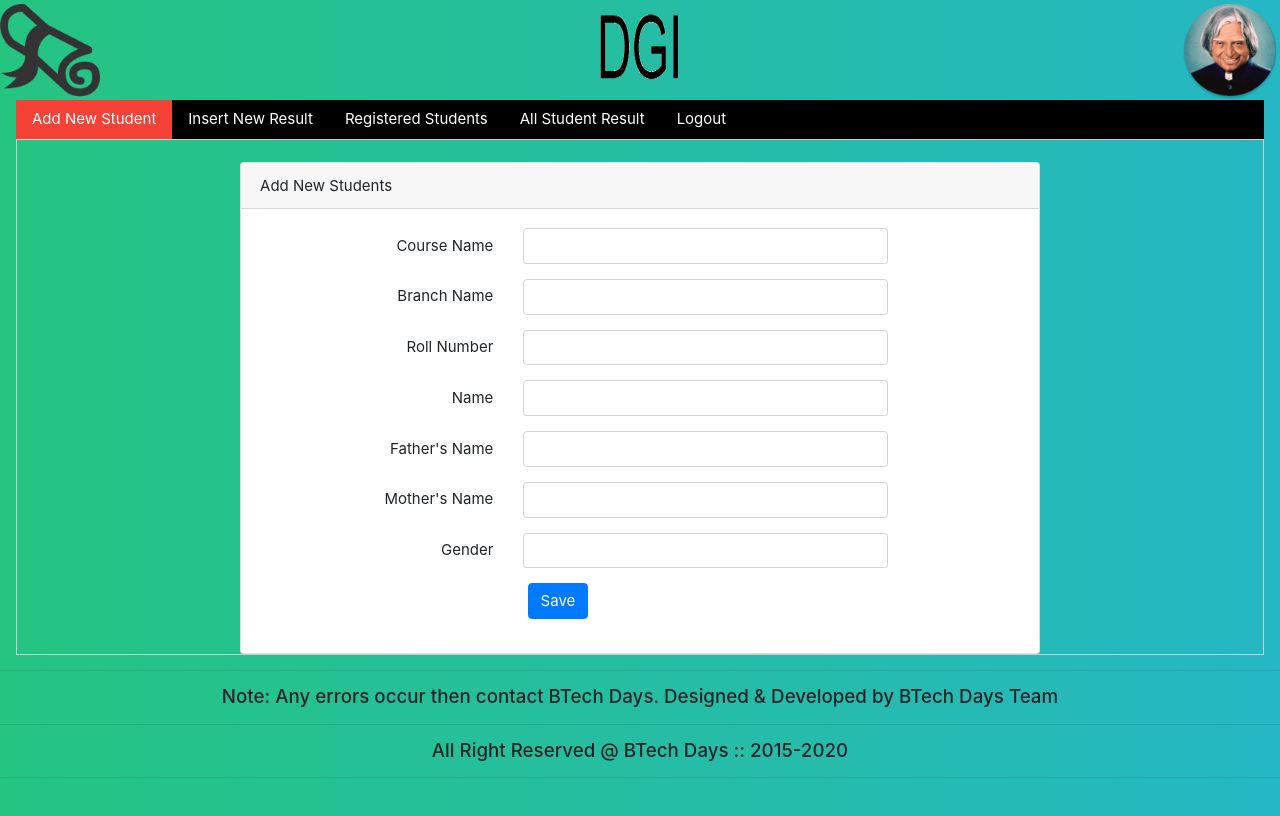
Repository: AlkaDas991/Dbms
Page: http://localhost/Student_Record_Management/adminHome.jsp
An editor plug-in stored every save of this project. The page is shown before and after the next save, followed by the edit.
The browser window is 1280 px wide. The pictures show the whole page.
Some web fonts or font styles are not loaded; a fallback is used. Some web libraries are served in a nearby version. The page is served by Tomcat 9. Other server files are loaded and not shown. Queries for data that is not in the repository find no rows.

Above is the page before, as saved 2021-03-10 02:06:24.
Console error: TypeError: Cannot read properties of undefined (reading 'fn')

### Student Record Management/WebContent/adminHome.jsp
<%@include file="header.html"%>
<!DOCTYPE html>
<html>
<title>DGI</title>
<body>
<img src="logo.png"  align="left"width="100" height="100">
<center><img src="dgi.png" width="100" height="100">
<img src="apj sir.png" align="right"  width="100" height="100"></center>
<div class="w3-container">
  <div class="w3-bar w3-black">
    <button class="w3-bar-item w3-button tablink w3-red" onclick="openCity(event,'London')">Add New Student</button>
    <button class="w3-bar-item w3-button tablink" onclick="openCity(event,'Paris')">Insert New Result</button>
    <button class="w3-bar-item w3-button tablink" onclick="openCity(event,'Tokyo')">Registered Students</button>
     <button class="w3-bar-item w3-button tablink" onclick="openCity(event,'Tokyo1')">All Student Result</button>
     <a href="adminLogin.html" class="w3-bar-item w3-button tablink">Logout</a>
  </div>

  <div id="London" class="w3-container w3-border city">
  <br>
   <link href="//maxcdn.bootstrapcdn.com/bootstrap/4.1.1/css/bootstrap.min.css" rel="stylesheet" id="bootstrap-css">
<script src="//maxcdn.bootstrapcdn.com/bootstrap/4.1.1/js/bootstrap.min.js"></script>
<script src="//cdnjs.cloudflare.com/ajax/libs/jquery/3.2.1/jquery.min.js"></script>
<!------ Include the above in your HEAD tag ---------->

<!doctype html>
<html lang="en">
<head>
    <!-- Required meta tags -->
    <meta charset="utf-8">
    <meta name="viewport" content="width=device-width, initial-scale=1, shrink-to-fit=no">

    <!-- Fonts -->
    <link rel="dns-prefetch" href="https://fonts.gstatic.com">
    <link href="https://fonts.googleapis.com/css?family=Raleway:300,400,600" rel="stylesheet" type="text/css">



    <link rel="icon" href="Favicon.png">

    <!-- Bootstrap CSS -->
    <link rel="stylesheet" href="https://stackpath.bootstrapcdn.com/bootstrap/4.1.3/css/bootstrap.min.css">
</head>
<body>
<main class="my-form">
    <div class="cotainer">
        <div class="row justify-content-center">
            <div class="col-md-8">
                    <div class="card">
                        <div class="card-header">Add New Students</div>
                        <div class="card-body">
                            <form name="my-form" onsubmit="return validform()" action="addNewStudent.jsp" method="post">
                                <div class="form-group row">
                                    <label for="full_name" class="col-md-4 col-form-label text-md-right">Course Name</label>
                                    <div class="col-md-6">
                                        <input type="text"  class="form-control" name="course">
                                    </div>
                                </div>

                                <div class="form-group row">
                                    <label for="email_address" class="col-md-4 col-form-label text-md-right">Branch Name</label>
                                    <div class="col-md-6">
                                        <input type="text"  class="form-control" name="branch">
                                    </div>
                                </div>

                                <div class="form-group row">
                                    <label for="user_name" class="col-md-4 col-form-label text-md-right">Roll Number</label>
                                    <div class="col-md-6">
                                        <input type="text" class="form-control" name="rollNo">
                                    </div>
                                </div>

                                <div class="form-group row">
                                    <label for="phone_number" class="col-md-4 col-form-label text-md-right">Name</label>
                                    <div class="col-md-6">
                                        <input type="text"  class="form-control" name="name">
                                    </div>
                                </div>

                                <div class="form-group row">
                                    <label for="present_address" class="col-md-4 col-form-label text-md-right">Father's Name</label>
                                    <div class="col-md-6">
                                        <input type="text"  class="form-control" name="fatherName">
                                    </div>
                                </div>

                                <div class="form-group row">
                                    <label for="present_address" class="col-md-4 col-form-label text-md-right">Mother's Name</label>
                                    <div class="col-md-6">
                                        <input type="text"  class="form-control" name="motherName">
                                    </div>
                                </div>

                                <div class="form-group row">
                                    <label for="permanent_address" class="col-md-4 col-form-label text-md-right">Gender</label>
                                    <div class="col-md-6">
                                        <input type="text" class="form-control" name="gender">
                                    </div>
                                </div>

                                    <div class="col-md-6 offset-md-4">
                                        <button type="submit" class="btn btn-primary">
                                        Save
                                        </button>
                                    </div>
                                </div>
                            </form>
                        </div>
                    </div>
            </div>
        </div>
    </div>
</main>

<script src="https://code.jquery.com/jquery-3.3.1.slim.min.js"></script>
<script src="https://cdnjs.cloudflare.com/ajax/libs/popper.js/1.14.3/umd/popper.min.js"></script>
<script src="https://stackpath.bootstrapcdn.com/bootstrap/4.1.3/js/bootstrap.min.js"></script>
</body>
  </div>

  <div id="Paris" class="w3-container w3-border city" style="display:none">
  <br>
  <link href="//maxcdn.bootstrapcdn.com/bootstrap/4.1.1/css/bootstrap.min.css" rel="stylesheet" id="bootstrap-css">
<script src="//maxcdn.bootstrapcdn.com/bootstrap/4.1.1/js/bootstrap.min.js"></script>
<script src="//cdnjs.cloudflare.com/ajax/libs/jquery/3.2.1/jquery.min.js"></script>
<!------ Include the above in your HEAD tag ---------->

<!doctype html>
<html lang="en">
<head>
    <!-- Required meta tags -->
    <meta charset="utf-8">
    <meta name="viewport" content="width=device-width, initial-scale=1, shrink-to-fit=no">

    <!-- Fonts -->
    <link rel="dns-prefetch" href="https://fonts.gstatic.com">
    <link href="https://fonts.googleapis.com/css?family=Raleway:300,400,600" rel="stylesheet" type="text/css">



    <link rel="icon" href="Favicon.png">

    <!-- Bootstrap CSS -->
    <link rel="stylesheet" href="https://stackpath.bootstrapcdn.com/bootstrap/4.1.3/css/bootstrap.min.css">

</head>
<body>



<main class="my-form">
    <div class="cotainer">
        <div class="row justify-content-center">
            <div class="col-md-8">
                    <div class="card">
                        <div class="card-header">Insert New Result</div>
                        <div class="card-body">
                            <form name="my-form" onsubmit="return validform()" action="insertNewResult.jsp" method="">
                                <div class="form-group row">
                                    <label for="full_name" class="col-md-4 col-form-label text-md-right">Roll Number</label>
                                    <div class="col-md-6">
                                        <input type="text"class="form-control" name="rollNo">
                                    </div>
                                </div>

                                <div class="form-group row">
                                    <label for="email_address" class="col-md-4 col-form-label text-md-right">DAA</label>
                                    <div class="col-md-6">
                                        <input type="text"  class="form-control" name="DAA">
                                    </div>
                                </div>

                                <div class="form-group row">
                                    <label for="user_name" class="col-md-4 col-form-label text-md-right">DBMS</label>
                                    <div class="col-md-6">
                                        <input type="text"  class="form-control" name="DBMS">
                                    </div>
                                </div>

                                <div class="form-group row">
                                    <label for="phone_number" class="col-md-4 col-form-label text-md-right">COA</label>
                                    <div class="col-md-6">
                                        <input type="text"  class="form-control" name="COA">
                                    </div>
                                </div>

                                <div class="form-group row">
                                    <label for="present_address" class="col-md-4 col-form-label text-md-right">Discrete Maths</label>
                                    <div class="col-md-6">
                                        <input type="text"  class="form-control" name="DM">
                                    </div>
                                </div>

                                <div class="form-group row">
                                    <label for="permanent_address" class="col-md-4 col-form-label text-md-right">AMC</label>
                                    <div class="col-md-6">
                                        <input type="text"  class="form-control" name="AMC">
                                    </div>
                                </div>

                                 <div class="form-group row">
                                    <label for="permanent_address" class="col-md-4 col-form-label text-md-right">Communication Skills</label>
                                    <div class="col-md-6">
                                        <input type="text"  class="form-control" name="CS">
                                    </div>
                                </div>


                                    <div class="col-md-6 offset-md-4">
                                        <button type="submit" class="btn btn-primary">
                                       Save
                                        </button>
                                    </div>
                                </div>
                            </form>
                        </div>
                    </div>
            </div>
        </div>
        <br>
    </div>

</main>

<script src="https://code.jquery.com/jquery-3.3.1.slim.min.js"></script>
<script src="https://cdnjs.cloudflare.com/ajax/libs/popper.js/1.14.3/umd/popper.min.js"></script>
<script src="https://stackpath.bootstrapcdn.com/bootstrap/4.1.3/js/bootstrap.min.js"></script>
</body>
</html>
  </div>

  <div id="Tokyo" class="w3-container w3-border city" style="display:none">

<section>
  <!--for demo wrap-->
  <div class="tbl-header">
    <table cellpadding="0" cellspacing="0" border="0">
      <thead>
        <tr>
         <th>Course Name</th>
          <th>Branch Name</th>
          <th>Roll Number</th>
          <th>Name</th>
          <th>Father Name</th>
          <th>Gender</th>
        </tr>
      </thead>
    </table>
  </div>
  <div class="tbl-content">
    <table cellpadding="0" cellspacing="0" border="0">
      <tbody>
      	<%@page import = "Project.ConnectionProvider" %>
      	<%@page import = "java.sql.*" %>
      	<%
      		try{
      			Connection con = ConnectionProvider.getCon();
      			Statement st = con.createStatement();
      			ResultSet rs = st.executeQuery("select * from student");
      			while(rs.next()){

      	%>
        <tr>
        <!--get values from each column  -->
          <td><%=rs.getString(1)%></td>
          <td><%=rs.getString(2)%></td>
          <td><%=rs.getString(3)%></td>
          <td><%=rs.getString(4)%></td>
          <td><%=rs.getString(5)%></td>
          <td><%=rs.getString(6)%></td>
        </tr>
      </tbody>
      <%}}
      	catch(Exception e){

      	}
      %>
    </table>
  </div>
</section>
</div>
<div id="Tokyo1" class="w3-container w3-border city" style="display:none">

<section>
  <!--for demo wrap-->
  <div class="tbl-header">
    <table cellpadding="0" cellspacing="0" border="0">
      <thead>
        <tr>
          <th>Roll Number</th>
          <th>DAA</th>
          <th>DBMS</th>
          <th>COA</th>
          <th>DM</th>
          <th>AMC</th>
          <th>CS</th>
        </tr>
      </thead>
    </table>
  </div>
  <div class="tbl-content">
    <table cellpadding="0" cellspacing="0" border="0">
      <tbody>
      <%@page import = "Project.ConnectionProvider" %>
      <%@page import = "java.sql.*" %>
      <%
      	try{
      		Connection con = ConnectionProvider.getCon();
    		Statement st = con.createStatement();
    		ResultSet rs = st.executeQuery("select * from result");
      		while(rs.next()){
      %>
        <tr>
          <td><%=rs.getString(1)%></td>
          <td><%=rs.getString(2)%></td>
          <td><%=rs.getString(3)%></td>
          <td><%=rs.getString(4)%></td>
          <td><%=rs.getString(5)%></td>
          <td><%=rs.getString(6)%></td>
          <td><%=rs.getString(7)%></td>
        </tr>
      <%}}
      catch(Exception e){}
      %>
      </tbody>
    </table>
  </div>
</section>

</div>
    <hr class="new1">
  <center><h5>Note: Any errors occur then contact BTech Days.
Designed & Developed by BTech Days Team</h5></center>
  <hr class="new1">
<center><h5>All Right Reserved @ BTech Days :: 2015-2020</h5></center>
  <hr class="new1">
<br>
</body>
</html>

### Student Record Management/src/Project/ConnectionProvider.java
package Project;
import java.sql.*;
public class ConnectionProvider {
	public static Connection getCon() {
		try {
			Class.forName("oracle.jdbc.driver.OracleDriver");
			Connection con = DriverManager.getConnection("jdbc:oracle:thin:@localhost:1521:XE","system","manager");
			return con;
		}
		catch(Exception e){
			System.out.println(e);
			return null;
		}
	}
}

Loaded but not shown: Student Record Management/WebContent/header.html (355 lines, source omitted)

After the next save:
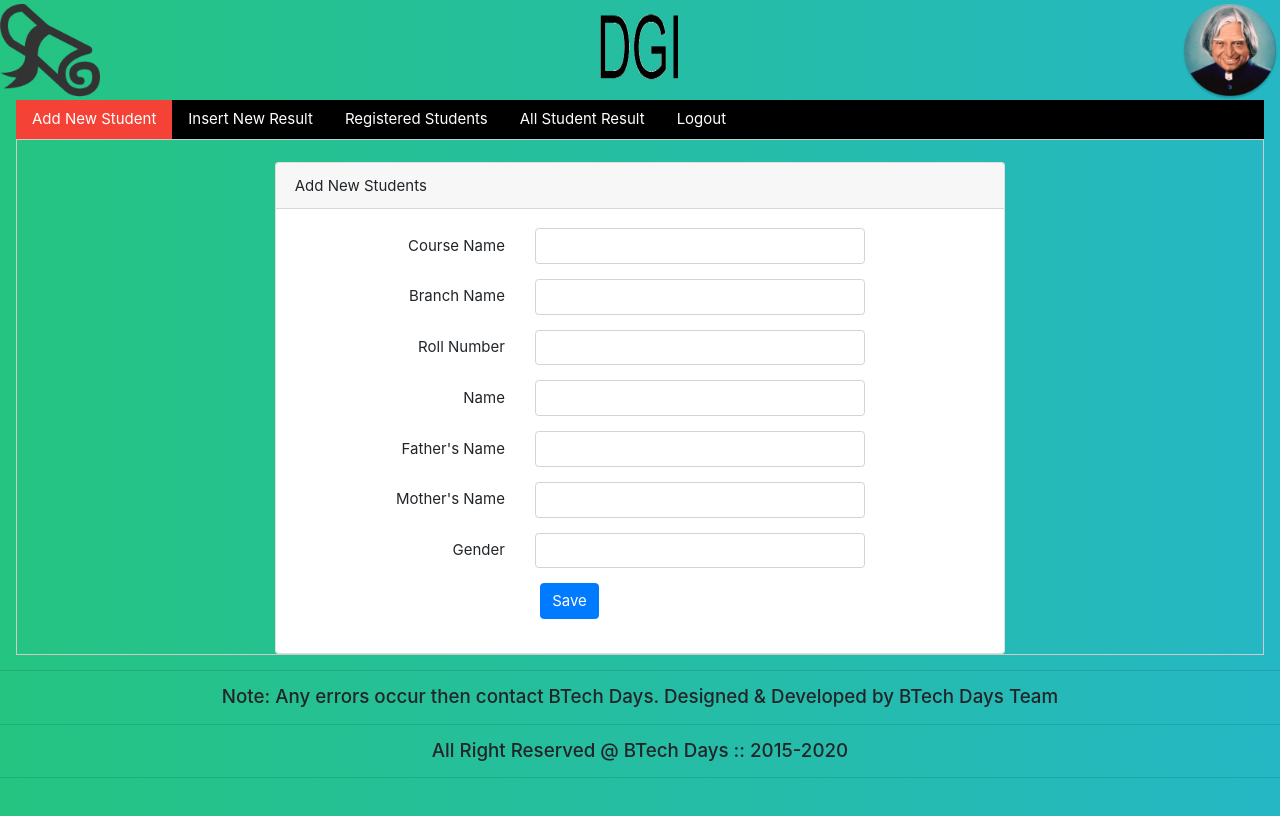
Saved 31 min 3 s later.
--- a/Student Record Management/WebContent/adminHome.jsp
+++ b/Student Record Management/WebContent/adminHome.jsp
@@ -42,7 +42,7 @@
 </head>
 <body>
 <main class="my-form">
-    <div class="cotainer">
+    <div class="container">
         <div class="row justify-content-center">
             <div class="col-md-8">
                     <div class="card">

After the save that followed:
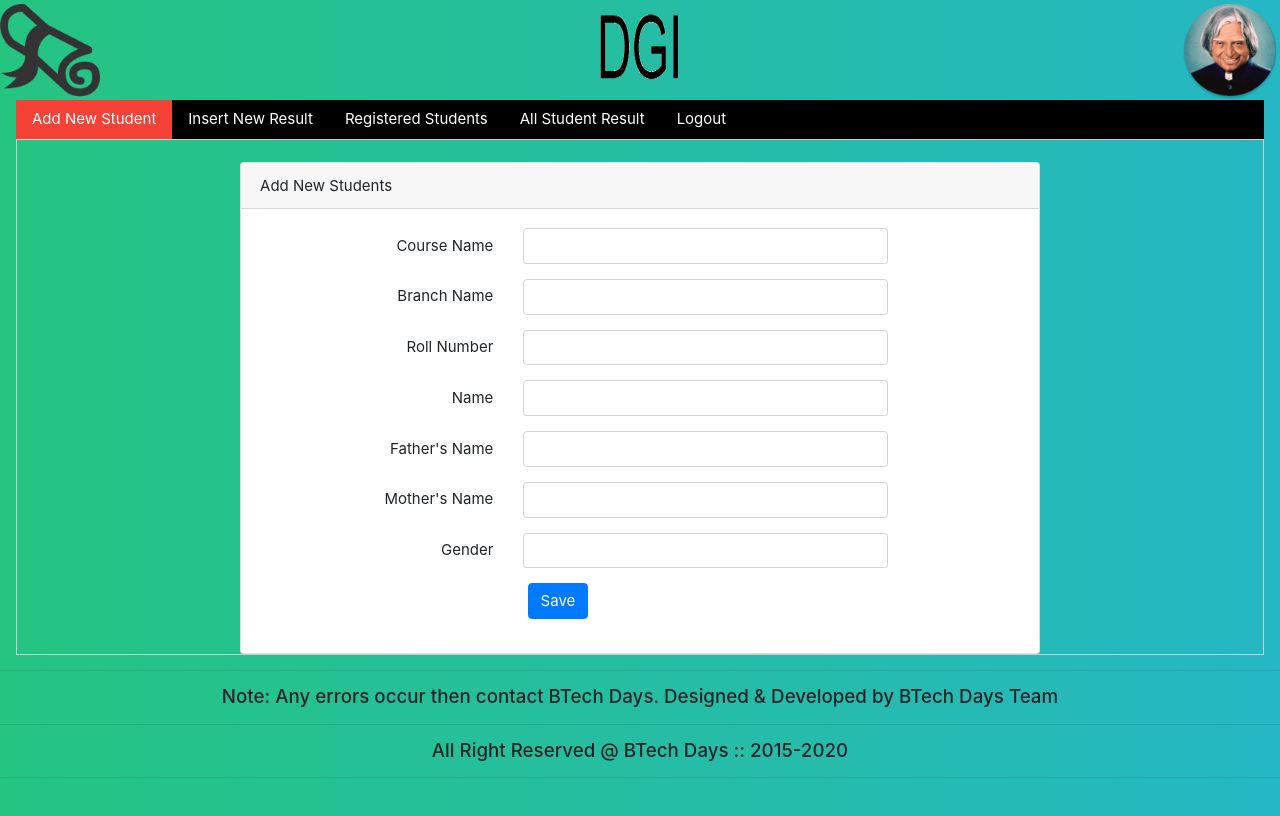
Saved 4 s later.
--- a/Student Record Management/WebContent/adminHome.jsp
+++ b/Student Record Management/WebContent/adminHome.jsp
@@ -42,7 +42,7 @@
 </head>
 <body>
 <main class="my-form">
-    <div class="container">
+    <div class="cotainer">
         <div class="row justify-content-center">
             <div class="col-md-8">
                     <div class="card">
